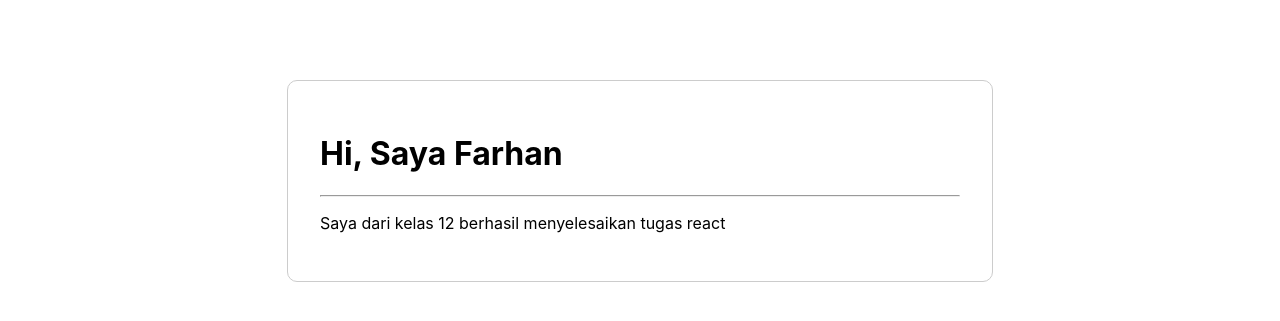
Repository: mfarhannr/Tugas-Reactjs_Farhan
Page: /
These files come from the project's save history. The page is drawn as it stood at one moment and after the next save; the edit follows.
The browser window is 1280 px wide. The pictures show the whole page.
The project was rebuilt for these pictures with package versions that can differ from the ones it lists, and the page was loaded fresh each time.

Above is the page before, as saved 2024-05-03 15:06:12.

### src/App.js
import './App.css';

function App() {
  return (
    <div className="App">
      <h1>Hi, Saya Farhan</h1>
      <hr></hr>
      <p>Saya dari kelas 12 berhasil menyelesaikan tugas react</p>
    </div>
  );
}

export default App;

### src/App.css
.App {
  border: 1px solid #ccc;
  border-radius: 10px;
  padding: 2em;
  margin: 5em auto;
  width: 50%;
}

.App-logo {
  height: 40vmin;
  pointer-events: none;
}

@media (prefers-reduced-motion: no-preference) {
  .App-logo {
    animation: App-logo-spin infinite 20s linear;
  }
}

.App-header {
  background-color: #282c34;
  min-height: 100vh;
  display: flex;
  flex-direction: column;
  align-items: center;
  justify-content: center;
  font-size: calc(10px + 2vmin);
  color: white;
}

.App-link {
  color: #61dafb;
}

@keyframes App-logo-spin {
  from {
    transform: rotate(0deg);
  }
  to {
    transform: rotate(360deg);
  }
}

Loaded but not shown: public/index.html (common file); src/index.js (common file); src/index.css (common file); src/reportWebVitals.js (common file)

After the next save:
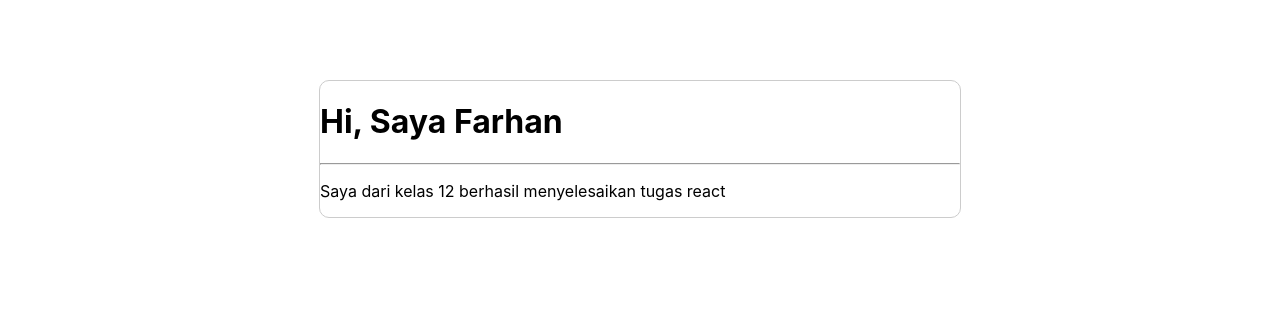
Saved 103 s later.
--- a/src/App.css
+++ b/src/App.css
@@ -1,6 +1,7 @@
 .App {
   border: 1px solid #ccc;
   border-radius: 10px;
+  box
   padding: 2em;
   margin: 5em auto;
   width: 50%;

After the 2 saves that followed:
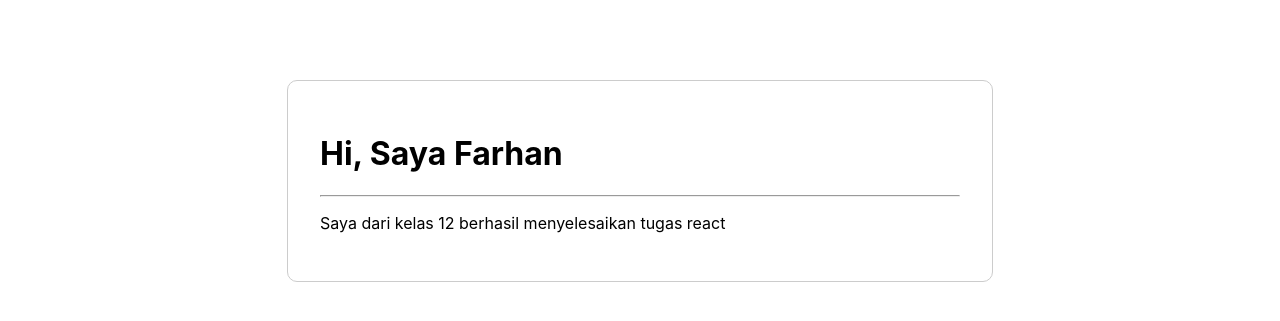
The 2 saves are shown as one change because they came seconds apart.
The last was saved 7 s later.
--- a/src/App.css
+++ b/src/App.css
@@ -1,7 +1,7 @@
 .App {
   border: 1px solid #ccc;
   border-radius: 10px;
-  box
+  box-shadow: 2px;
   padding: 2em;
   margin: 5em auto;
   width: 50%;
